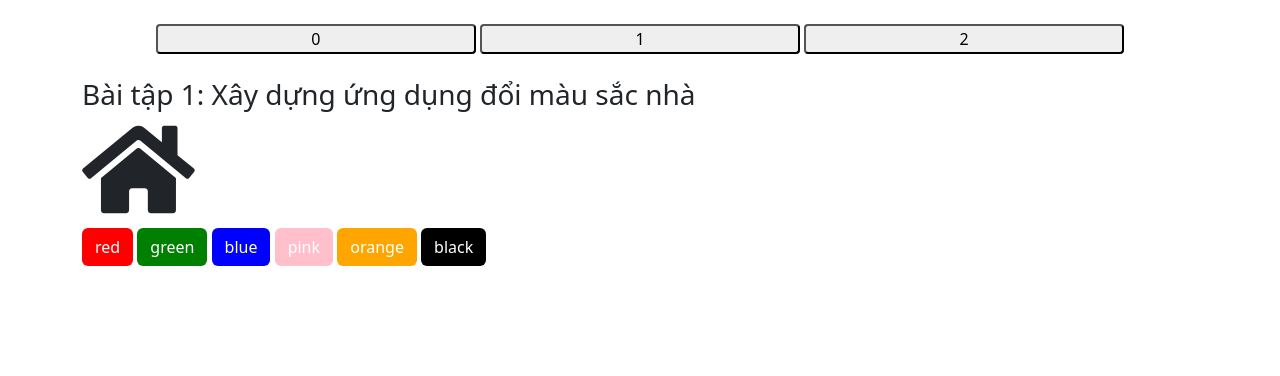
Repository: hcozyph/CyberSoft_Bai_Tap_Tren_Lop
Page: ES6/ES6_BASIC/index.html
The author's editor kept a copy of each file at every save. The page is drawn from the files as they stood at one save, then again after the next save.
The browser window is 1280 px wide. The pictures show the whole page.
Some web libraries are served in a nearby version.

Above is the page before, as saved 2023-03-22 19:48:29.

### ES6/ES6_BASIC/index.html
<!DOCTYPE html>
<html lang="en">
    <head>
        <title>ES6-BASIC</title>
        <!-- Required meta tags -->
        <meta charset="utf-8" />
        <meta
            name="viewport"
            content="width=device-width, initial-scale=1, shrink-to-fit=no"
        />

        <link
            rel="stylesheet"
            href="https://use.fontawesome.com/releases/v5.1.1/css/all.css"
            integrity="sha384-O8whS3fhG2OnA5Kas0Y9l3cfpmYjapjI0E4theH4iuMD+pLhbf6JI0jIMfYcK3yZ"
            crossorigin="anonymous"
        />
        <!-- Bootstrap CSS v5.2.1 -->
        <link
            href="https://cdn.jsdelivr.net/npm/bootstrap@5.2.1/dist/css/bootstrap.min.css"
            rel="stylesheet"
            integrity="sha384-iYQeCzEYFbKjA/T2uDLTpkwGzCiq6soy8tYaI1GyVh/UjpbCx/TYkiZhlZB6+fzT"
            crossorigin="anonymous"
        />
    </head>

    <body>
        <div class="text-center my-4">
            <button class="w-25 rounded-1">0</button>
            <button class="w-25 rounded-1">1</button>
            <button class="w-25 rounded-1">2</button>
        </div>

        <div class="container">
            <h3>Bài tập 1: Xây dựng ứng dụng đổi màu sắc nhà</h3>
            <i class="fa fa-home" id="home" style="font-size: 100px"></i>

            <div id="colors" class="mt-2">
                <button class="btn text-white" style="background-color: red">
                    Red
                </button>
            </div>
        </div>

        <!-- Bootstrap JavaScript Libraries -->
        <script
            src="https://cdn.jsdelivr.net/npm/@popperjs/core@2.11.6/dist/umd/popper.min.js"
            integrity="sha384-oBqDVmMz9ATKxIep9tiCxS/Z9fNfEXiDAYTujMAeBAsjFuCZSmKbSSUnQlmh/jp3"
            crossorigin="anonymous"
        ></script>

        <script
            src="https://cdn.jsdelivr.net/npm/bootstrap@5.2.1/dist/js/bootstrap.min.js"
            integrity="sha384-7VPbUDkoPSGFnVtYi0QogXtr74QeVeeIs99Qfg5YCF+TidwNdjvaKZX19NZ/e6oz"
            crossorigin="anonymous"
        ></script>
        <script type="module" src="./index.js"></script>
    </body>
</html>

### ES6/ES6_BASIC/index.js
/*-------  Cơ chế khai báo biến ------ */

/*
PHẠM VI BIẾN
- var: Hỗ trợ cơ chế hoisting, nên phạm vi biến là toàn cục

- let:
    > KHÔNG hỗ trợ cơ chế hoisting khi khai báo biến trùng tên với nhau trên cùng một scope thì browser báo lỗi.
    > Khi khai báo let ở các scope khác nhau thi giá trị sẽ phân biệt.

- const: Tương tự let, tuy nhiên giá trị không được phép gán lại.

=>>> Dùng let thay thế cho var thì khai báo biến trong ES6
*/

// var arrButton = document.querySelectorAll('button');

// for (var index = 0; index < arrButton.length; index++) {
//     let btn = arrButton[index];
//     btn.onclick = function () {
//         alert(btn.innerHTML);
//     }
// }

/*------- HÀM -------*/

//----------declaration function ----- <Hỗ trợ hoisting>
function tenHam() {
    console.log('ten ham');
}

//-----------express function ----- <Không hỗ trợ hoisting>
var showMessage = function () {
    console.log('showMessage');
}


/*
------------- CONTEXT (ngữ cảnh this) ----------------

OBJECT: trong object thì this sẽ là object.

FUNCTION: trong function đối tượng nào thực thi phương thức thì this sẽ là đối tượng đó. Nói cách khác this trong function là function đó.

DEFAULT: this là window.(Khi ngữ cảnh trồng chéo nhau). Nếu mở tính năng module của thẻ script thì sẽ báo lỗi

*/
let hoTen = 'nguyen van teo';
console.log('width:', window.innerWidth);
console.log('title:', window.document.title);
console.log('name:', window.hoTen);


// var sinhvien = {
//     ma: 1,
//     ten: 'Phuoc',
//     hienThiThongTin: function () {
//         function hienThi() {
//             console.log(this.ma);
//             console.log(this.ten);
//         }
//         hienThi();
//     }
// }
// sinhvien.hienThiThongTin();


function Product() {
    this.id = '';
    this.name = '';
    this.showInfo = function () {
        console.log('id', this.id);
        console.log('name', this.name);
    };
}

var prd1 = new Product();
prd1.id = 1;
prd1.name = 'Product A';
prd1.showInfo();

var prd2 = new Product();
prd2.id = 2;
prd2.name = 'Product B';
prd2.showInfo();


/*----------- ARROW FUNCTION  ------------*/

/* Arrow function là cách khai báo hàm với cú pháp '=>'
    + Khai báo hàm ngắn gọn hơn:
        + Đối với hàm chỉ có 1 tham số thì sẽ không cẩn () cho tham số. VD: (title) => {} tương đương title => {}
        + Đối với hàm chỉ có 1 lệnh return thì sẽ không cần ghi chữ return và {}. Ví dụ (a,b)=> {return a+b;} tương đương (a,b) => a+b

    + Loại bỏ được ngữ cảnh (this)
    + Không dùng cho việc khai báo Prototype và cũng không hỗ trợ hoisting => dùng cho mục đích khai báo hàm( hàm không phụ thuộc vào prototype)
*/

var showInfoProduct = () => {
    console.log('Hello hcozyph bc43');
    console.log(this);
}
// var prd = new showInfoProduct();'

var sayHello = (name) => {
    return 'hello' + name;
}

var sayHelloArrow = name => `hello ${name}`;

/* -----------BÀI TẬP ----------------- */
let arrColors = ['red', 'green', 'blue', 'pink', 'orange', 'black'];


////Cách 1: tạo ra các button bằng DOM => append lên ui
// let renderButton = () => {
//     for (let index = 0; index < arrColors.length; index++) {
//         let color = arrColors[index];
//         //Tạo button
//         let btn = document.createElement('button');
//         btn.className = 'btn';
//         btn.style.background = color;
//         btn.innerHTML = color;
//         btn.onclick = function () {
//             document.getElementById('home').style.color = color;
//         }
//         document.getElementById('colors').appendChild(btn);
//     }
// }


////Cách 2:
let renderButton = (array) => {
    let htmlString = '';
    for (var index = 0; index < array.length; index++) {
        let color = array[index];
        htmlString += `
            <button class="btn text-white" style="background-color: ${color}" onclick="changeColor('${color}')">${color}</button>
        `
    }
    console.log(htmlString);
    document.querySelector('#colors').innerHTML = htmlString;
}
renderButton(arrColors);


/* !!!! CHÚ Ý: nếu dòng 147 dùng "let changeColor = (color) {}" thì sẽ bị lỗi vì let k hỗ trợ hoisting => phải dùng window.changeColor  */
window.changeColor = (color) => {
    // console.log(color);
    document.querySelector('#home').style.color = color;
}

///------------DEFAULT PARAMETER VALUES------
var getUserInfo = (name = 'Mị', age = 18) => {
    if (age > 0 && age < 30) {
        console.log(`${name} còn trẻ ${name} muốn đi chơi !`)
    }
}
getUserInfo('Nam', 19);


///----------- REST PARAMETER --------------
function tinhTong(...arrSo) {
    switch (arrSo.length) {
        case 2: {
            console.log('Tổng =', arrSo[0] + arrSo[1]);
        }; break;
        case 3: {
            console.log('Tổng =', arrSo[0] + arrSo[1] + arrSo[2]);
        }; break;
        default: {
            console.log('Tham số không hợp lệ');
        }
    }
}
tinhTong(2, 3);
tinhTong(2, 3, 5);
tinhTong(2, 3, 5, 4);



////------SPREAD OPERATOR ----- dùng để sao chép giá trị của OBJECT hoặc ARRAY

let number1 = 5;
let number2 = number1;
number2 = 10;

console.log('number1', number1)
console.log('number2', number2)


let arr1 = [1, 2, 3, 4, 5];
let arr2 = [...arr1, 6];
console.log('arr1', arr1);
console.log('arr2', arr2);


////-----DESTRUCTURING------------ dùng để bóc tách phần tử trong mảng hoặc object
let prod10 = {
    id: 5,
    name: 'Iphone',
    price: 1000,
    showInfo: function () {
        console.log('showInfo');
        console.log('giá tiền', this.price)
    }
}

//es5
//let id = prod10.id

//es6
let { id: maSO, name, showInfo, ...restProd } = prod10;
showInfo.bind(prod10)(); //---> cho biết showInfo là cái gì
console.log(maSO);

function main() {
    return function () {
        console.log('abc');
    }
}
//main() //1
//main() //1
//main()()


////- DESTRUCTURING FOR ARRAY

let [idProd, nameProd, priceProd, showInfoProd] = [5, 'iphone', 1000,
    function () {
        console.log('Gía tiền', thongTinSP[2]);
    }]

console.log('Tên SP', nameProd);



////- TEMPLATE STRING ``


////- OBJECT LITERAL: sử dụng tên biến làm tên thuộc tính ---

let tenLopHoc = 'CyberSoft BC43';
let maLop = 'BC43';

let lopHoc = {
    maLop,
    tenLopHoc
}

console.log('lopHoc', lopHoc);


let hocSinh = {
    ['mã học viên']: 'BCSV001',
}

console.log(hocSinh['mã học viên']);

After the next save:
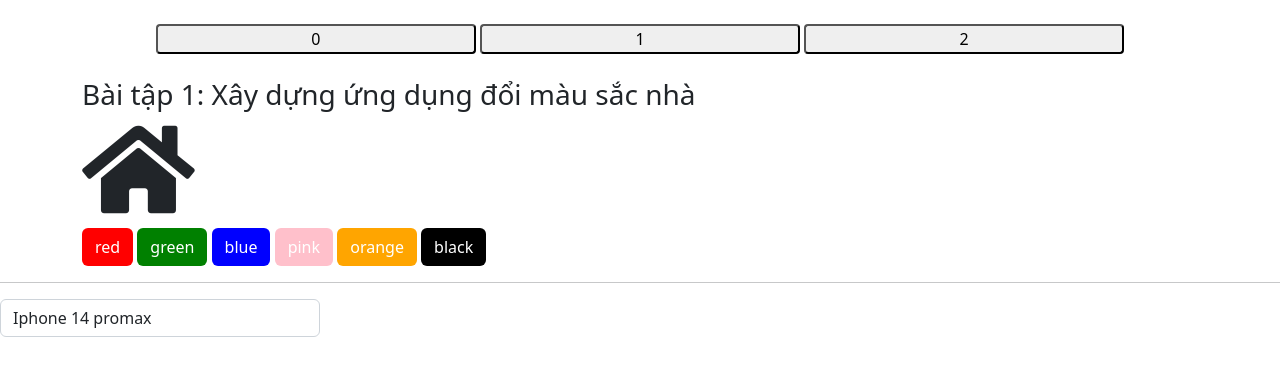
Saved 2 min 48 s later.
--- a/ES6/ES6_BASIC/index.html
+++ b/ES6/ES6_BASIC/index.html
@@ -42,6 +42,14 @@
             </div>
         </div>
 
+        <hr />
+        <input
+            type="text"
+            name=""
+            id="tenSP"
+            value="Iphone 14 promax"
+            class="form-control w-25"
+        />
         <!-- Bootstrap JavaScript Libraries -->
         <script
             src="https://cdn.jsdelivr.net/npm/@popperjs/core@2.11.6/dist/umd/popper.min.js"
